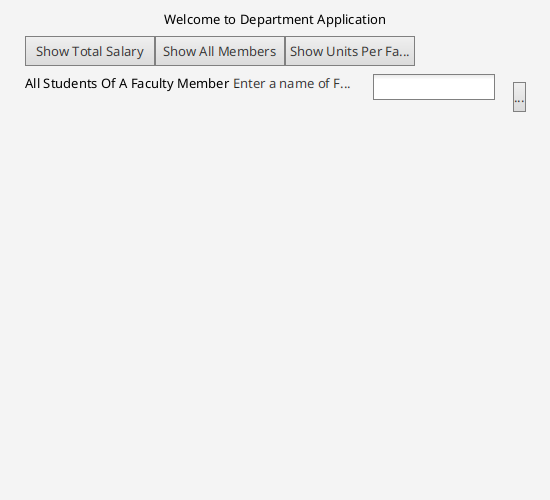
Repository: tsulai/miu_mpp
Program's window: java mpp_workspace/JavaFX_HW_Day-1_USE_L66_D/src/level2_3b/DepartmentApplication.java
These files come from the project's save history. The program's window is drawn as it stood at one moment and after the next save; the edit follows.
It runs on Java 21 on a 1366 x 768 screen with JavaFX 11; the title bar is not drawn.

Above is the program's window before, as saved 2022-01-30 06:16:28.

### mpp_workspace/JavaFX_HW_Day-1_USE_L66_D/src/level2_3b/DepartmentApplication.java
package level2_3b;

import java.io.*;                 // for I/O
import java.lang.Integer;
import java.util.ArrayList;

import javafx.application.Application;
import javafx.geometry.Insets;
import javafx.geometry.Pos;
import javafx.scene.Scene;
import javafx.scene.control.Button;
import javafx.scene.control.Label;
import javafx.scene.control.TextField;
import javafx.scene.layout.FlowPane;
import javafx.scene.layout.HBox;
import javafx.scene.text.Text;
import javafx.stage.Stage;


/**
 * This is a skeleton class that you can use for guidance in starting the lab.
 *
 * You should update any comments,
 * variable names, etc to follow the class coding conventions.
 */

public class DepartmentApplication extends Application
   {
	@Override
	public void start(Stage primaryStage) {
		dataHardCodeInit();
		int lblWidthMin = 170;
		int txtWidth = 200;
		int lblHeight = 25;
		FlowPane flowpane = new FlowPane();
		flowpane.setAlignment(Pos.TOP_CENTER);
		flowpane.getStyleClass().add("pane");
		flowpane.setPadding(new Insets(10,15,0,15));//top,

		Text txtWelcome = new Text("Welcome to Department Application");

		Button btnTtSalary = new Button("Show Total Salary");
		btnTtSalary.setPrefWidth(130);
		Button btnAllMembers = new Button("Show All Members");
		btnAllMembers.setPrefWidth(130);
		Button btnUnitsPF = new Button("Show Units Per Faculty");
		btnUnitsPF.setPrefWidth(130);

		HBox hbox1 = new HBox();
		hbox1.setPrefWidth(500);
		hbox1.getChildren().addAll(btnTtSalary, btnAllMembers, btnUnitsPF);

		Text txtShowAllStuFac = new Text("All Students Of A Faculty Member ");
		Label lblInput = new Label();
		lblInput.setText("Enter a name of Faculty member:");
		lblInput.setPrefWidth(300);
		TextField txtInput = new TextField();
		txtInput.setPrefSize(300, lblHeight);
		Button btnStusOfFac = new Button("Show");
		btnStusOfFac.setPrefWidth(130);

		HBox hbox2 = new HBox();
		hbox2.setPrefWidth(500);
		hbox2.getChildren().addAll(txtShowAllStuFac, lblInput, txtInput,btnStusOfFac );

		flowpane.getChildren().add(txtWelcome);
		flowpane.getChildren().addAll(hbox1,hbox2);

		Scene scene = new Scene(flowpane,550,500);
		scene.getStylesheets().add(getClass().getResource("department.css").toExternalForm());
		primaryStage.setTitle("Department Application");
		primaryStage.setScene(scene);
		primaryStage.show();
	}

   public static void main(String[] args) throws IOException
      {
		launch(args);
      }

   public void dataHardCodeInit() {
	   Department dept = new Department("ComputerScience");
    	// Create faculty objects
		Person frankMoore = new Faculty("Frank Moore","472-5921",43,10000);
		Person samHoward = new Faculty("Sam Howard","472-7222",55,9500);
		Person johnDoodle = new Faculty("John Doodle","472-6190",39,8600);

		dept.addPerson (frankMoore);
		dept.addPerson(samHoward);
		dept.addPerson(johnDoodle);


		// Create student objects
		Person johnDoe = new Student("John Doe","472-1121",22,4.0);
		Person maryJones = new Student("Mary Jones","472-7322",32,3.80);
		Person leeJohnson = new Student("Lee Johnson","472-6009",19,3.65);

		dept.addPerson (johnDoe);
		dept.addPerson(maryJones);
		dept.addPerson(leeJohnson);


		// Create staff objects
		Person frankGore = new Staff("Frank Gore","472-3321",33,4050);
		Person adamDavis = new Staff("Adam Davis","472-7552",50,5500);
		Person davidHeck = new Staff("David Heck","472-8890",29,3600);
		dept.addPerson (frankGore);
		dept.addPerson(adamDavis);
		dept.addPerson(davidHeck);

		// Create course objects

		Course cs201 = new Course("cs201","programming",4);
		Course cs360 = new Course("cs360","database",3);
		Course cs404 = new Course("cs404","compiler",4);
		Course cs240 = new Course("cs240","datastructure",2);
		Course cs301 = new Course("cs301","Software engg",3);
		Course cs450 = new Course("cs450","Advanced architecture",5);

		((Faculty)frankMoore).addCourse(cs450);
		((Faculty)johnDoodle).addCourse(cs201);
		((Faculty)johnDoodle).addCourse(cs404);
		((Faculty)johnDoodle).addCourse(cs240);
		((Faculty)samHoward).addCourse(cs360);
		((Faculty)samHoward).addCourse(cs301);
		//
		((Student)johnDoe).addCourse(cs201);
		((Student)johnDoe).addCourse(cs360);
		((Student)johnDoe).addCourse(cs404);
		((Student)johnDoe).addCourse(cs301);
		//
		((Student)maryJones).addCourse(cs201);
		((Student)maryJones).addCourse(cs404);
		((Student)maryJones).addCourse(cs450);
		//
		((Student)leeJohnson).addCourse(cs201);
		((Student)leeJohnson).addCourse(cs360);
		((Student)leeJohnson).addCourse(cs240);
		((Student)leeJohnson).addCourse(cs450);
   }

   }  // end class

### mpp_workspace/JavaFX_HW_Day-1_USE_L66_D/src/level2_3b/Person.java
package level2_3b;

public class Person {
	protected String name;
	protected String phone;
	protected int age;

	Person(String name, String phone, int age){
		this.name = name;
		this.phone = phone;
		this.age = age;
	}
	public double getSalary() {
		return 0;
	}

}

### mpp_workspace/JavaFX_HW_Day-1_USE_L66_D/src/level2_3b/Faculty.java
package level2_3b;

import java.util.ArrayList;
import java.util.List;

public class Faculty extends Person{
	private double salary;
	private List<Course> courses = new ArrayList<Course>();

	Faculty(String name, String phone, int age, double salary) {
		super(name, phone, age);
		this.salary = salary;
	}
	public int getTotalUnits() {
		int sumUnits = 0;
		//courses.forEach( c -> sumUnits += c.getUnits());
		for(Course c: courses) {
			sumUnits += c.getUnits();
		}
		return sumUnits;
	}

	public void addCourse(Course c) {
		courses.add(c);
	}
	public ArrayList<Course> getCourses(){
		return (ArrayList<Course>) courses;
	}
	@Override
	public double getSalary() {
		return salary;
	}

}

### mpp_workspace/JavaFX_HW_Day-1_USE_L66_D/src/level2_3b/Student.java
package level2_3b;

import java.util.ArrayList;
import java.util.List;

public class Student extends Person{
	private double gpa;
	private List<Course> courses = new ArrayList<Course>();

	Student(String name, String phone, int age, double gpa) {
		super(name, phone, age);
		this.gpa = gpa;
	}
	public int getTotalUnits() {
		int sumUnits = 0;
		for(Course c : courses) {
			sumUnits += c.getUnits();
		}
		return sumUnits;
	}
	public void addCourse(Course c) {
		courses.add(c);
	}
	public ArrayList<Course> getCourses(){
		return (ArrayList<Course>) courses;
	}

	public boolean isTakenFacultyCourses(List<Course> facCourses) {
		for(Course fc : facCourses) {
			for(Course c : courses) {
				if(fc.equals(c)) {
					return true;
				}
			}
		}
		return false;
	}
	public void showCourses() {
		System.out.print(this.name + "-");
		courses.forEach(c -> System.out.print(c.getCourseNumber() + ","));
		System.out.println("");
	}

}

### mpp_workspace/JavaFX_HW_Day-1_USE_L66_D/src/level2_3b/Staff.java
package level2_3b;

public class Staff extends Person {
	private double salary;

	Staff(String name, String phone, int age, double salary) {
		super(name, phone, age);
		this.salary = salary;
	}
	@Override
	public double getSalary() {
		return salary;
	}
}

### mpp_workspace/JavaFX_HW_Day-1_USE_L66_D/src/level2_3b/Department.java
package level2_3b;

import java.util.ArrayList;
import java.util.List;

public class Department {

	private String name;
	private List<Person> persons;//unidirectional, 0 to many

	Department(String name){
		this.name = name;
		persons= new ArrayList<Person>();
	}
	public double getTotalSalary() {
		double sumSalary = 0.0;
		//polymorphism
		//computes the sum of all the salaries (per month) paid to faculty and staff.
		//lambda
//		persons.forEach(person -> {
//				if(!(person.getClass().getSimpleName().equals("Student"))) 	sumSalary += person.getSalary();
//
//		});
		//for each
		for(Person p : persons) {
			if(!(p instanceof Student)) {
				sumSalary += p.getSalary();
			}
		}
		return sumSalary;
	}
	public void showAllMembers() {
		// shows the name, phone number, age and type (student, faculty or staff) of all members in the department.
		persons.forEach(person -> System.out.println(person.name + "," + person.phone + "," + person.age + "," + person.getClass().getSimpleName()));
	}
	public void unitsPerFaculty() {
		//shows a list of all faculty names and the total number of units they teach.
		//For unitsPerFaculty()  do it two different ways.  One is use  instanceOf, and the other is use   getClass().getSimpleName()
		persons.forEach(person -> {
			if(person.getClass().getSimpleName().equals("Faculty")) {
				System.out.println(person.name + " : " + ((Faculty)person).getTotalUnits());
			}
		});
	}
	public void addPerson(Person p) {
		persons.add(p);
	}

	public void showAllStudentsOfAFacultyMember(String facName) {
		//get facName's courses
		List<Course> facCourses = new ArrayList<Course>();
		for(Person p : persons) {
			if(p instanceof Faculty) {
				if(p.name.equals(facName)) {
					facCourses = ((Faculty)p).getCourses();
				}
			}
		}
		//find students who take fac member courses
		System.out.println("List of students who take " + facName + " classes : ");

		for(Person per : persons) {
			if(per instanceof Student) {
				//check this student is taken any of the facCourses
				if (((Student)per).isTakenFacultyCourses(facCourses)) {
					System.out.println(per.name);
				}
			}
		}
	}

	public void showAllStudentsNCourses(){
		persons.forEach(person ->{
			if(person.getClass().getSimpleName().equals("Student") || person.getClass().getSimpleName().equals("StaffStudent")) {
				((Student)person).showCourses();
			}
		});
	}
}

### mpp_workspace/JavaFX_HW_Day-1_USE_L66_D/src/level2_3b/Course.java
package level2_3b;

public class Course {
	private String number;
	private String title;
	private int units;

	Course(String number, String title, int units){
		this.number = number;
		this.title = title;
		this.units = units;
	}
	public int getUnits() {
		return units;
	}
	public String getCourseNumber() {
		return number;
	}
}

### mpp_workspace/JavaFX_HW_Day-1_USE_L66_D/src/level2_3b/department.css
/* JavaFX CSS - Leave this comment until you have at least create one rule which uses -fx-Property */
.pane {
	-fx-border-width: 0;
	-fx-border-color: black;
}
VBox{
	-fx-border-width: 0;
	-fx-border-color: blue;
	-fx-padding: 0px 15px 0px 0px;
}

Label{
	-fx-border-width: 0;
	-fx-border-color: blue;
	-fx-padding: 0px 10px 0px 0px;
    -fx-border-insets:  0px 10px 0px 0px;
    -fx-background-insets:  0px 10px 0px 0px;
}

TextField{
	-fx-border-width: 1;
	-fx-border-color: gray;
	-fx-padding: 3px 0px 3px 0px;
    -fx-border-insets:  0px 18px 5px 0px;
    -fx-background-insets:  0px 18px 5px 0px;
}

Button{
	-fx-border-width: 1;
	-fx-border-color: gray;
	-fx-padding: 5px 0px 5px 0px;
	-fx-border-insets:  8px 0px 8px 0px;
    -fx-background-insets:  8px 0px 8px 0px;
}

After the next save:
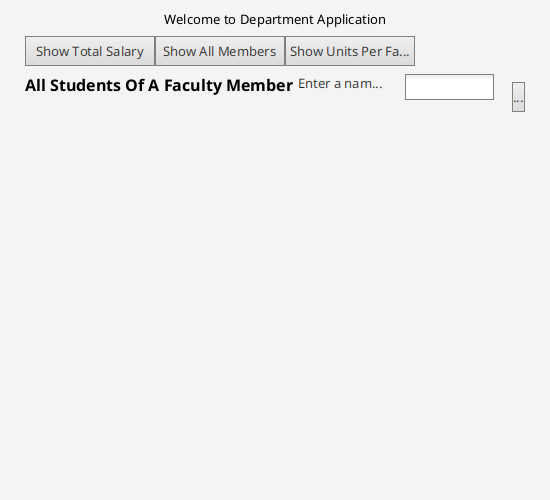
Saved 2 min 23 s later.
--- a/mpp_workspace/JavaFX_HW_Day-1_USE_L66_D/src/level2_3b/DepartmentApplication.java
+++ b/mpp_workspace/JavaFX_HW_Day-1_USE_L66_D/src/level2_3b/DepartmentApplication.java
@@ -13,6 +13,8 @@
 import javafx.scene.control.TextField;
 import javafx.scene.layout.FlowPane;
 import javafx.scene.layout.HBox;
+import javafx.scene.text.Font;
+import javafx.scene.text.FontWeight;
 import javafx.scene.text.Text;
 import javafx.stage.Stage;
 
@@ -51,6 +53,7 @@
 		hbox1.getChildren().addAll(btnTtSalary, btnAllMembers, btnUnitsPF);
 
 		Text txtShowAllStuFac = new Text("All Students Of A Faculty Member ");
+		txtShowAllStuFac.setFont(Font.font("Arial", FontWeight.BOLD, 16));
 		Label lblInput = new Label();
 		lblInput.setText("Enter a name of Faculty member:");
 		lblInput.setPrefWidth(300);
